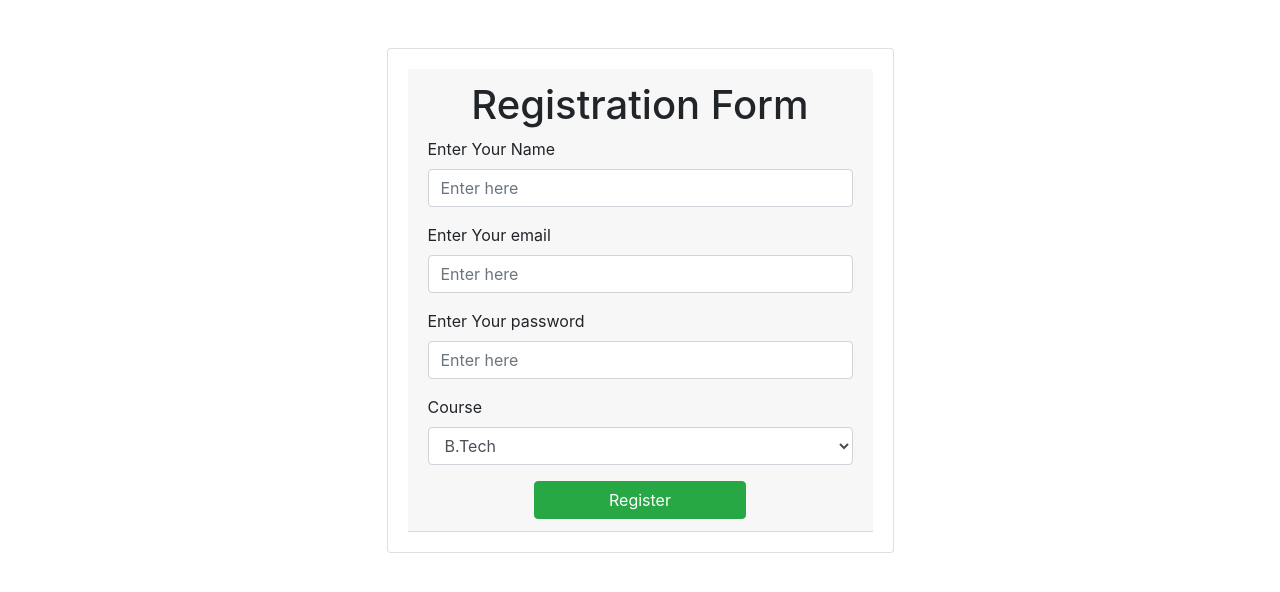
Repository: Hashim-Ansari-82/Servlet-And-JSP
Page: Submit-Form-App/src/main/webapp/index.html
These files come from the project's save history. The page is drawn as it stood at one moment and after the next save; the edit follows.
The browser window is 1280 px wide. The pictures show the whole page.
Some web libraries are served in a nearby version.

Above is the page before, as saved 2026-06-03 19:25:31.

After the next save:
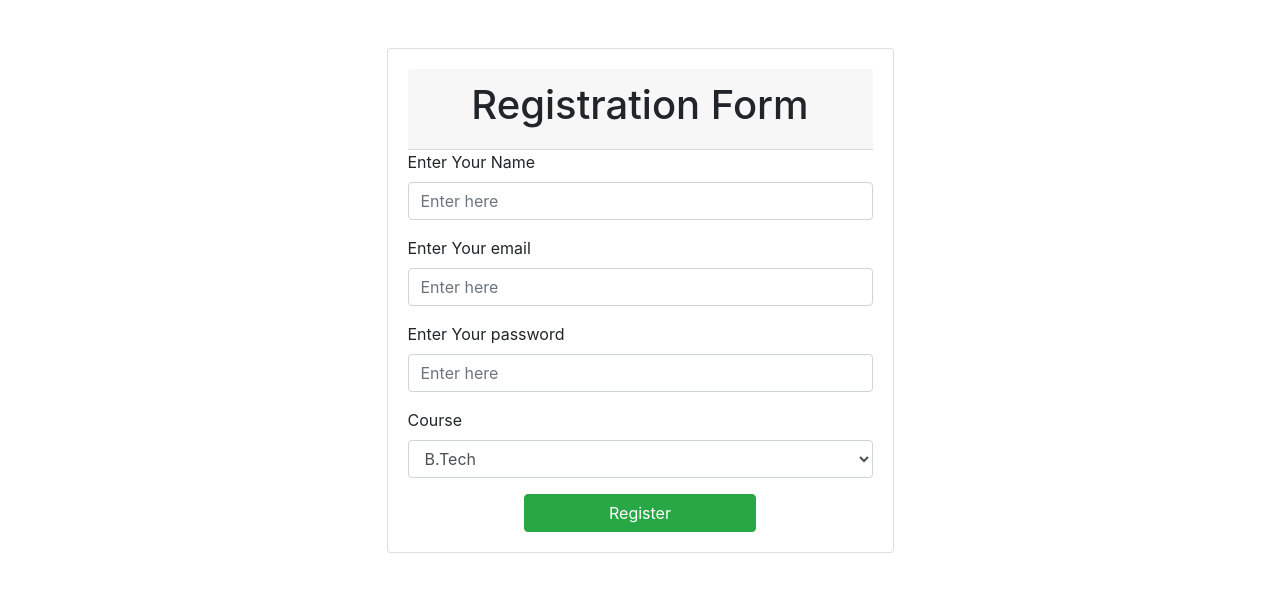
Saved 26 s later.
--- a/Submit-Form-App/src/main/webapp/index.html
+++ b/Submit-Form-App/src/main/webapp/index.html
@@ -17,6 +17,7 @@
 					<div class="card-body">
 						<div class="card-header">
 							<h1 class="text-center">Registration Form</h1>
+							</div>
 							<form action="register" method="post">
 								<div class="form-group">
 									<label>Enter Your Name</label> <input type="text"
@@ -45,7 +46,6 @@
 								</div>
 							</form>
 						</div>
-					</div>
 				</div>
 			</div>
 		</div>
